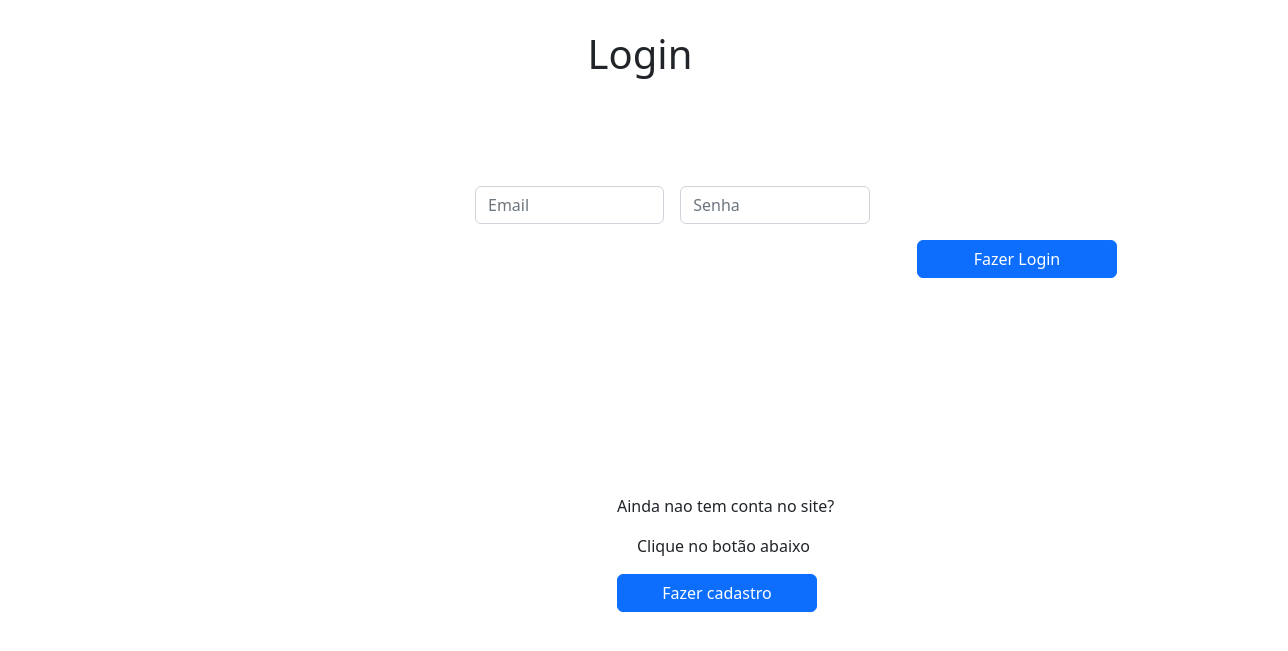
Repository: SamuelMachadoD/Java-Web-Aulas
Page: http://localhost/Redteam/WEB-INF/views/telaLogin.jsp
The author's editor kept a copy of each file at every save. The page is drawn from the files as they stood at one save, then again after the next save.
The browser window is 1280 px wide. The page is 1288 px wide, so the pictures cover 1288 px, including what lies to the right of the window. The pictures show the whole page.
The page is served by Tomcat 9. Nobody is signed in. The template is opened directly, without the code that normally fills it, so the values that code supplies are empty.

Above is the page before, as saved 2022-07-19 06:19:03.

After the next save:
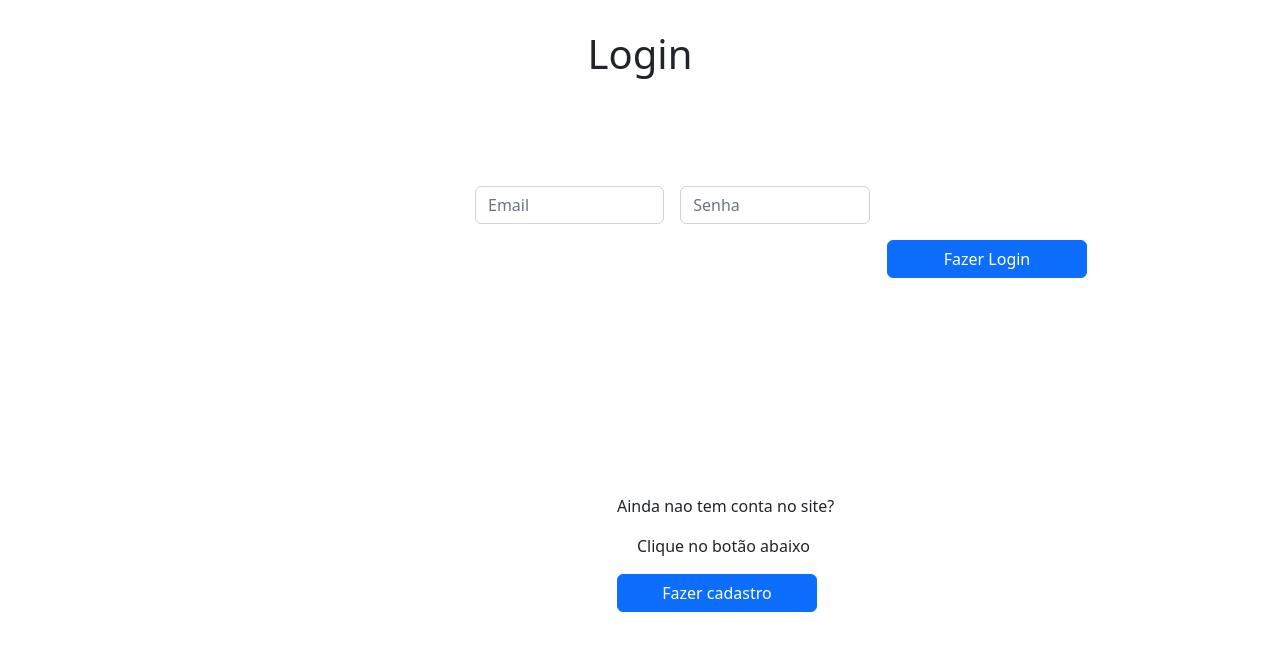
Saved 8 s later.
--- a/Redteam/src/main/webapp/WEB-INF/views/telaLogin.jsp
+++ b/Redteam/src/main/webapp/WEB-INF/views/telaLogin.jsp
@@ -17,7 +17,7 @@
         <div class="col-3">
             <input type="password" class="form-control" name="senha" value="${validar.senha}" placeholder="Senha" required>
         </div>
-        <div style="padding-left: 450px" class="col-12">
+        <div style="padding-left: 420px" class="col-12">
             <button style="width: 200px" type="submit" class="btn btn-primary">Fazer Login</button>
         </div>
         <div style="padding-left: 120px" class="col-5">
